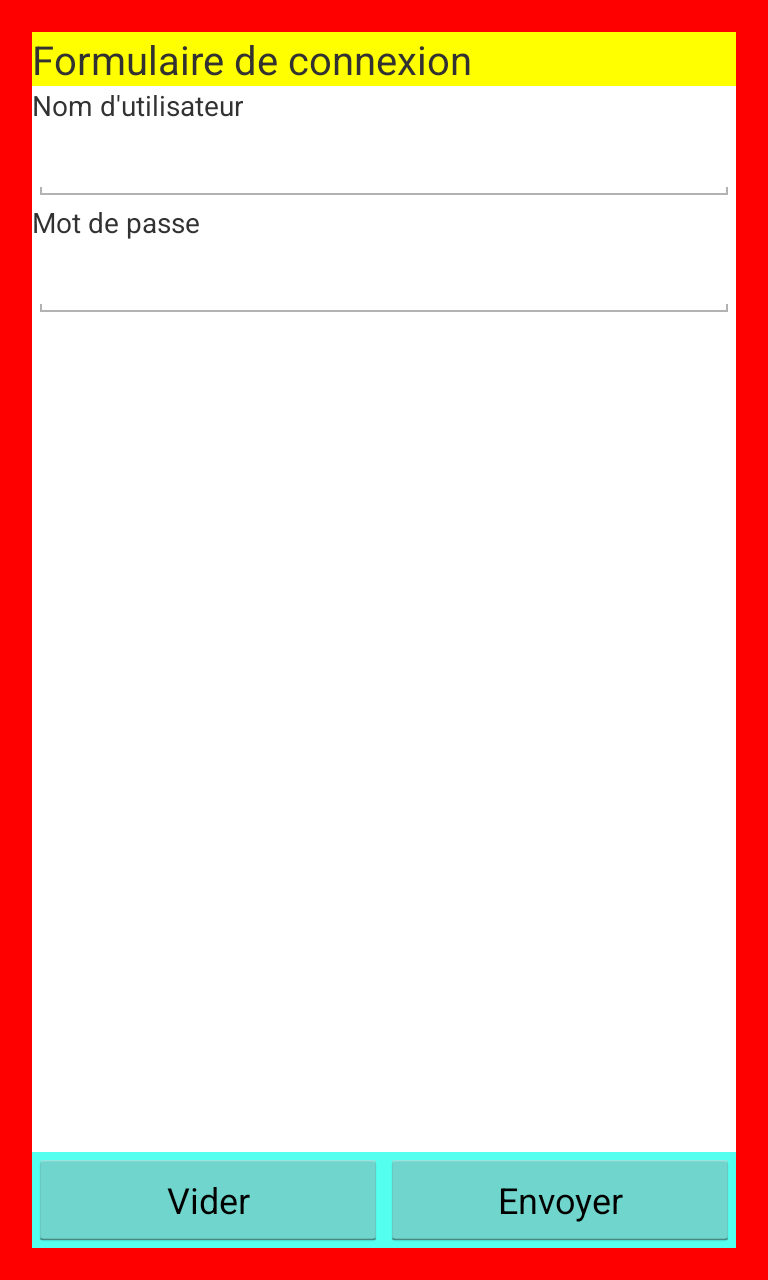
Repository: ablanchard/formation-android
Layout: ParlezVousAndroid/res/layout/fragment_main.xml
An editor plug-in stored every save of this project. The layout is shown before and after the next save, followed by the edit.
It is drawn on a 768 x 1280 px phone screen (xhdpi) without system bars, with theme AppTheme; the app's code is not run.

Above is the layout before, as saved 2014-04-29 09:27:33.

### ParlezVousAndroid/res/layout/fragment_main.xml
<RelativeLayout xmlns:android="http://schemas.android.com/apk/res/android"
    xmlns:tools="http://schemas.android.com/tools"
    android:layout_width="match_parent"
    android:layout_height="match_parent"
    android:background="#FFFF0000"
    android:paddingBottom="@dimen/activity_vertical_margin"
    android:paddingLeft="@dimen/activity_horizontal_margin"
    android:paddingRight="@dimen/activity_horizontal_margin"
    android:paddingTop="@dimen/activity_vertical_margin"
    tools:context="com.example.parlezvousandroid.MainActivity$PlaceholderFragment" >



       <TextView
            android:background="#FFFFFF00"
            android:id="@+id/header"
            android:layout_alignParentTop="true"
            android:layout_width="match_parent"
            android:layout_height="wrap_content"
            android:textSize="20sp"
            android:text="@string/form" />


    <ScrollView
        android:id="@+id/content"
        android:layout_width="match_parent"
        android:layout_height="wrap_content"
        android:layout_above="@+id/footer"
        android:layout_below="@+id/header"
        android:background="#FFFFFFFF" >

        <LinearLayout
            android:layout_width="match_parent"
            android:layout_height="wrap_content"
            android:orientation="vertical" >

            <TextView
                android:layout_width="wrap_content"
                android:layout_height="wrap_content"
                android:text="@string/nom" />

            <EditText
                android:layout_height="wrap_content"
                android:layout_width="match_parent"
                android:inputType="text" />

            <TextView
                android:layout_width="wrap_content"
                android:layout_height="wrap_content"
                android:text="@string/pass" />

            <EditText

                android:layout_height="wrap_content"
                android:layout_width="match_parent"
                android:inputType="text" />
        </LinearLayout>
    </ScrollView>

    <LinearLayout
        android:id="@+id/footer"
        android:layout_width="match_parent"
        android:layout_height="wrap_content"
        android:layout_alignParentBottom="true"
        android:background="#FF55FFF0"
        android:orientation="horizontal" >

        <Button
            android:layout_width="0dp"
            android:layout_weight="1"
            android:layout_height="wrap_content"
            android:text="@string/button_empty" />

        <Button

            android:layout_width="0dp"
            android:layout_weight="1"
            android:layout_height="wrap_content"
            android:text="@string/button_validate" />
    </LinearLayout>

</RelativeLayout>

### ParlezVousAndroid/res/values/strings.xml
<?xml version="1.0" encoding="utf-8"?>
<resources>

    <string name="app_name">ParlezVousAndroid</string>
    <string name="hello_world">Hello world!</string>
    <string name="action_settings">Settings</string>
    <string name="form">Formulaire de connexion</string>
    <string name="nom">Nom d\'utilisateur</string>
    <string name="pass">Mot de passe</string>
    <string name="button_empty">Vider</string>
    <string name="button_validate">Envoyer</string>


</resources>

Loaded but not shown: ParlezVousAndroid/res/values/styles.xml (common file); ParlezVousAndroid/res/values-v11/styles.xml (common file); ParlezVousAndroid/res/values-v14/styles.xml (common file); ParlezVousAndroid/res/values/dimens.xml (common file); ParlezVousAndroid/res/values-w820dp/dimens.xml (common file)

After the next save:
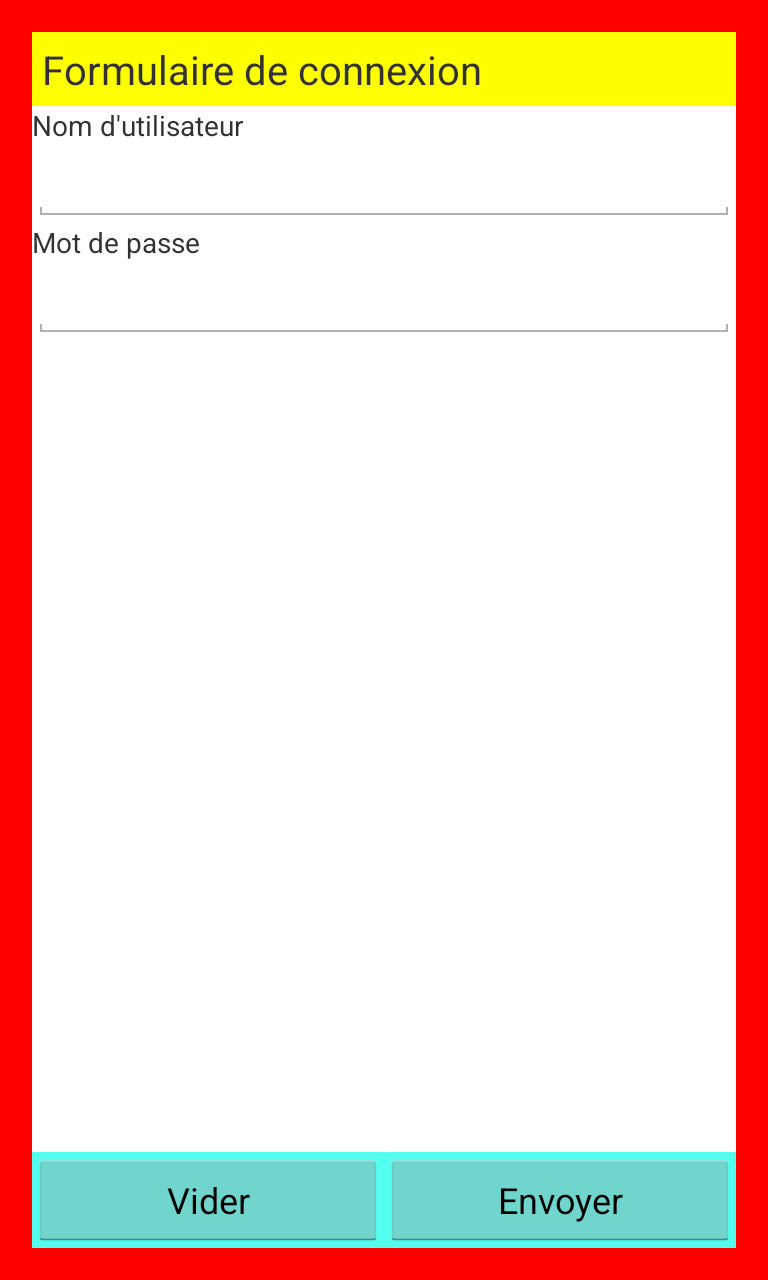
Saved 14 s later.
--- a/ParlezVousAndroid/res/layout/fragment_main.xml
+++ b/ParlezVousAndroid/res/layout/fragment_main.xml
@@ -17,6 +17,7 @@
             android:layout_alignParentTop="true"
             android:layout_width="match_parent"
             android:layout_height="wrap_content"
+            android:padding="5dp"
             android:textSize="20sp"
             android:text="@string/form" />
 
